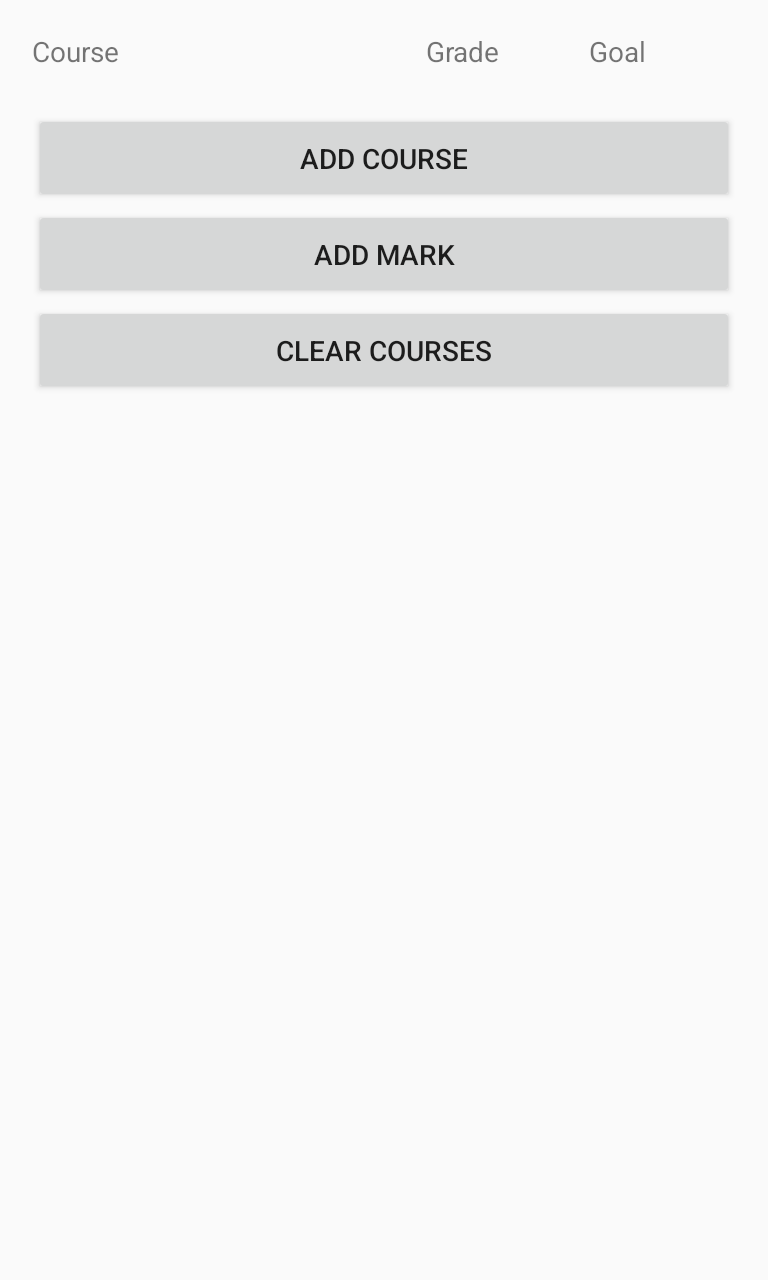
Repository: Tenergy05/GradePlanner
Layout: GradePlanner/res/layout/activity_main.xml
An editor plug-in stored every save of this project. The layout is shown before and after the next save, followed by the edit.
It is drawn on a 768 x 1280 px phone screen (xhdpi) without system bars, with theme AppTheme; the app's code is not run.

Above is the layout before, as saved 2015-01-02 23:18:11.

### GradePlanner/res/layout/activity_main.xml
<TableLayout xmlns:android="http://schemas.android.com/apk/res/android"
    xmlns:tools="http://schemas.android.com/tools"
    android:id="@+id/tableLayout"
    android:layout_width="match_parent"
    android:layout_height="match_parent"
    android:paddingBottom="@dimen/activity_vertical_margin"
    android:paddingLeft="@dimen/activity_horizontal_margin"
    android:paddingRight="@dimen/activity_horizontal_margin"
    android:paddingTop="@dimen/activity_vertical_margin"
    tools:context="com.example.gradeplan.MainActivity$PlaceholderFragment" >


        <TableRow
            android:id="@+id/tableRow1"
            android:layout_width="match_parent"
            android:layout_height="wrap_content"
             >

            <TextView
                android:layout_weight="0.5"
                android:text="@string/course" />

            <TextView
                android:layout_weight="0.25"
                android:text="@string/grade" />

            <TextView
                android:layout_weight="0.25"
                android:text="@string/goal" />

        </TableRow>

        <TableRow
            android:id="@+id/buttonRow1"
            android:layout_width="fill_parent"
            android:layout_height="wrap_content"
            android:layout_marginTop="20dp">

                <Button
			        android:id="@+id/button1"
			        android:layout_weight="1"
			        android:text="@+string/add_course"
			        android:onClick="addCourse"/>
        </TableRow>

        <TableRow
            android:id="@+id/buttonRow2"
            android:layout_width="fill_parent"
            android:layout_height="wrap_content">

            <Button
                android:id="@+id/button2"
                android:layout_weight="1"
                android:text="@+string/add_mark"
                android:onClick="addMark"/>
        </TableRow>

        <Button
            android:id="@+id/button3"
            android:layout_width="wrap_content"
            android:layout_height="wrap_content"
            android:text="@+string/clear_courses"
            android:onClick="clearCourses" />

</TableLayout>

### GradePlanner/res/values/strings.xml
<?xml version="1.0" encoding="utf-8"?>
<resources>

    <string name="app_name">Grade Planner</string>
    <string name="add_course">Add Course</string>
    <string name="course">Course</string>
    <string name="grade">Grade</string>
    <string name="goal">Goal</string>
    <string name="weight">Weight</string>
    <string name="action_settings">Settings</string>
    <string name="title_activity_add_course">Add Course</string>
    <string name="course_code">Course Code</string>
    <string name="grade_goal">Course Goal</string>
    <string name="add_mark">Add Mark</string>
    <string name="percentage">%</string>
    <string name="submit">Submit</string>
    <string name="title_activity_add_mark">Add Mark</string>
    <string name="eval_name">Evaluation Name</string>
    <string name="eval_type">Evaluation Type</string>
    <string name="special_type">Replace all lower marks</string>
    <string name="title_activity_view_course">View Course</string>
    <string name="clear_courses">Clear Courses</string>
    <string name="marks">Marks</string>
    <string name="plan">Plan</string>
    <string name="item">Item</string>
    <color name="grey">#E6E6E6</color>
    <color name="darkgrey">#A1A1A1</color>

</resources>

Loaded but not shown: GradePlanner/res/values/styles.xml (common file); GradePlanner/res/values-v11/styles.xml (common file); GradePlanner/res/values-v14/styles.xml (common file); GradePlanner/res/values/dimens.xml (common file); GradePlanner/res/values-w820dp/dimens.xml (common file)

After the next save:
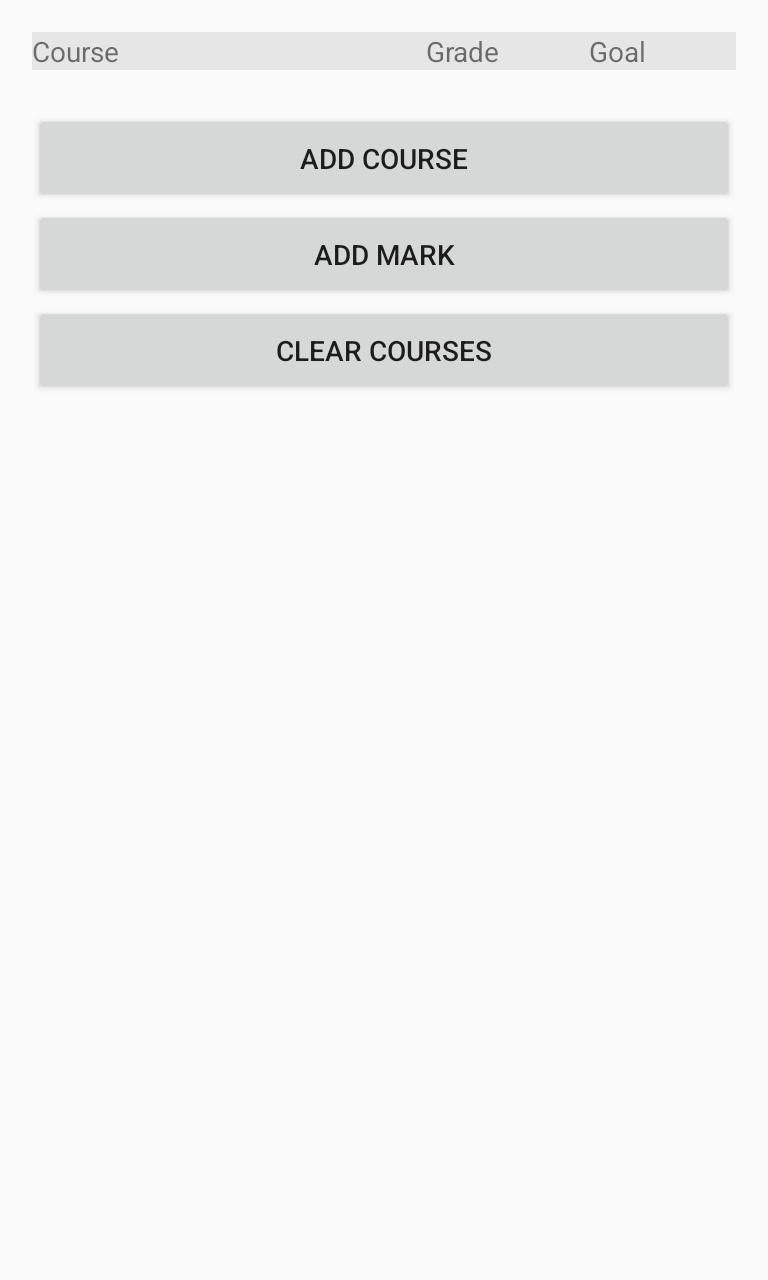
Saved 9 min 2 s later.
--- a/GradePlanner/res/layout/activity_main.xml
+++ b/GradePlanner/res/layout/activity_main.xml
@@ -14,6 +14,7 @@
             android:id="@+id/tableRow1"
             android:layout_width="match_parent"
             android:layout_height="wrap_content"
+            android:background="@color/grey"
              >
 
             <TextView
